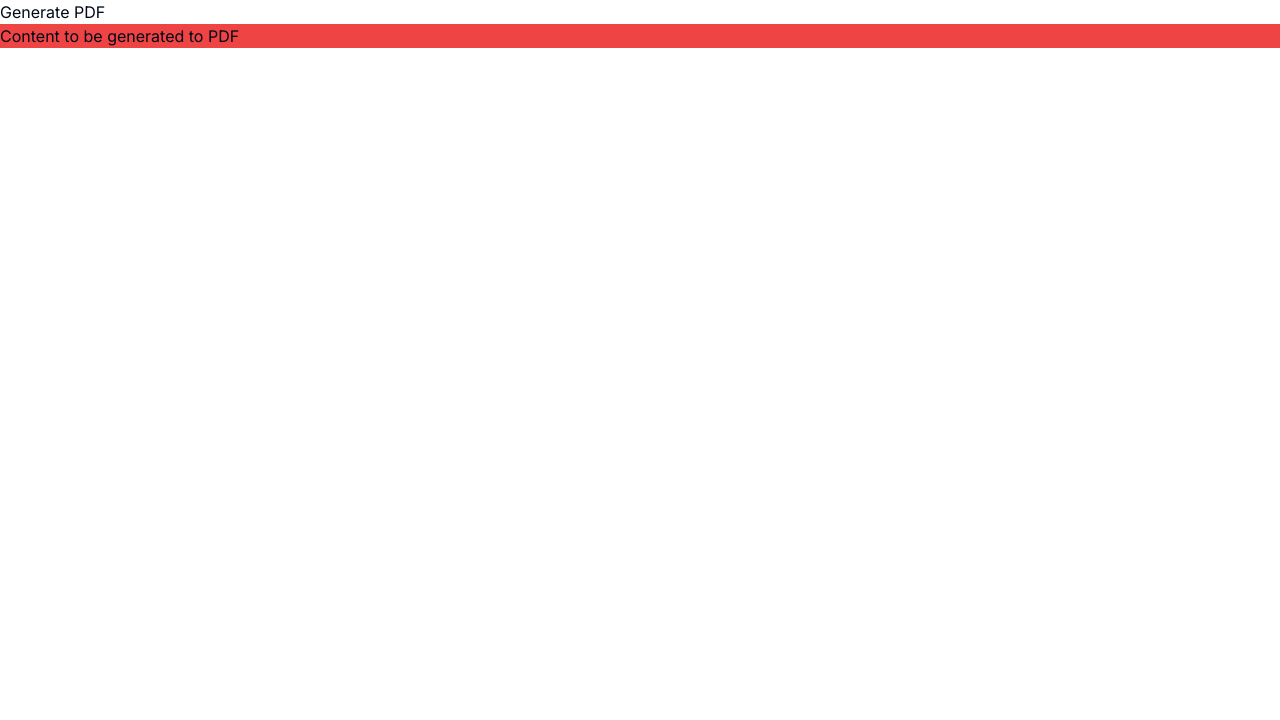
Repository: nickgoel31/resume-maker
Page: /test
These files come from the project's save history. The page is drawn as it stood at one moment and after the next save; the edit follows.
The browser window is 1280 px wide. The pictures show the whole page.
The project was rebuilt for these pictures with package versions that can differ from the ones it lists, and the page was loaded fresh each time. The framework's server and built-in components were replaced by stand-ins that run in the browser. Also part of the build but not shown: next.config.mjs.

Above is the page before, as saved 2024-03-19 20:22:52.

After the next save:
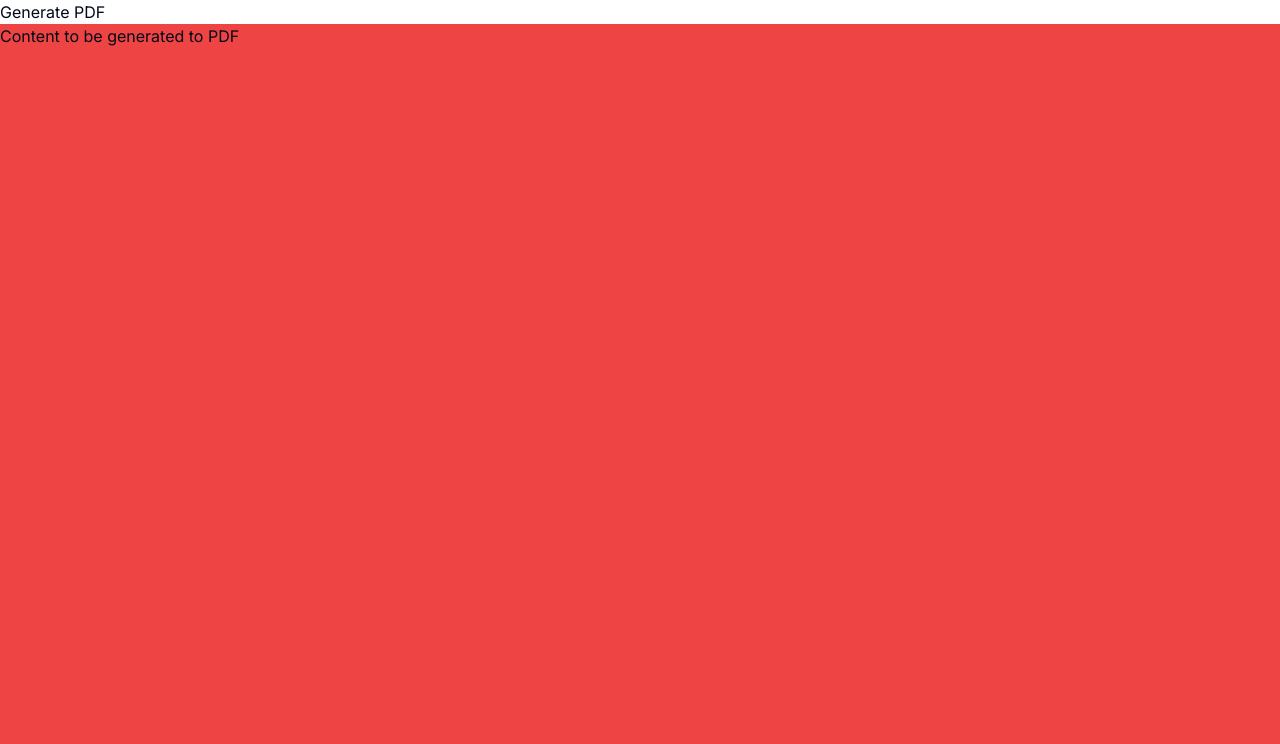
Saved 23 s later.
--- a/app/(main)/test/page.tsx
+++ b/app/(main)/test/page.tsx
@@ -45,7 +45,7 @@ const TestPage = () => {
   return (
     <div>
          <button onClick={() => generatePDF(getTargetElement)}>Generate PDF</button>
-         <div id="content-id" className='w-full bg-red-500 h-full'>
+         <div id="content-id" className='w-full bg-red-500 h-screen'>
             Content to be generated to PDF
          </div>
       </div>
